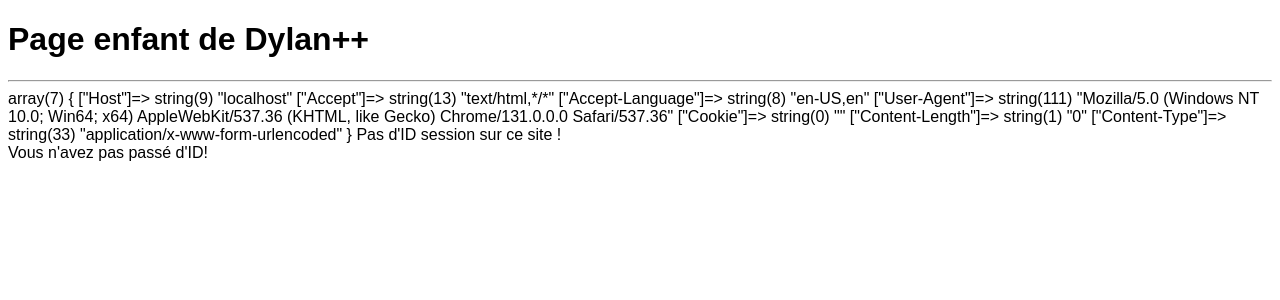
Repository: DylanCahu/cookie
Page: http://localhost/enfant.php
An editor plug-in stored every save of this project. The page is shown before and after the next save, followed by the edit.
The browser window is 1280 px wide. The pictures show the whole page.
The page is run by PHP 8.4 with error messages shown; the project is at /var/www/html/.

Above is the page before, as saved 2021-12-13 09:17:03.

### enfant.php
<!DOCTYPE html>
<html>
    <head>
        <title>Index Cookies</title>
        <meta charset="utf-8">
        <style>
body	{	font-family	:	Arial	;
		}
</style>
    </head>

    <body>
        <h1>Page enfant de Dylan++</h1>
        <hr>
        <?php

$tabhead = getallheaders();
var_dump($tabhead);

session_start();

// if (isset($_COOKIE['numClient'])) {
//     echo "<h3>Votre ID est: " . $_COOKIE['numClient'] . " </br>";
//     $id = $_COOKIE['numClient'];} else {echo "Pas d'ID, BOUUUH !</br>";
//     $id = 0;}
// if (isset($_GET['id'])) {
//     echo "<h3>Votre ID est: " . $_GET['id'] . "</br> ";
//     $id = $_GET['id'];} else {echo "Pas d'ID, BOUUUH !</br>";
//     $id = 0;}

if (isset($_SESSION['numClient'])) {
    echo "<h3>Mon ID est " . $_SESSION['numClient'] . " </br>";
    $id = $_SESSION['numClient'];} else {echo "Pas d'ID session sur ce site !</br>";
    $id = 0;}
if (isset($_GET['id'])) {
    echo "<h3>Votre ID est " . $_GET['id'] . "</br> ";
    $id = $_GET['id'];} else {echo "Vous n'avez pas passé d'ID!</br>";
    $id = 0;}

?>

    </body>
</html>

After the next save:
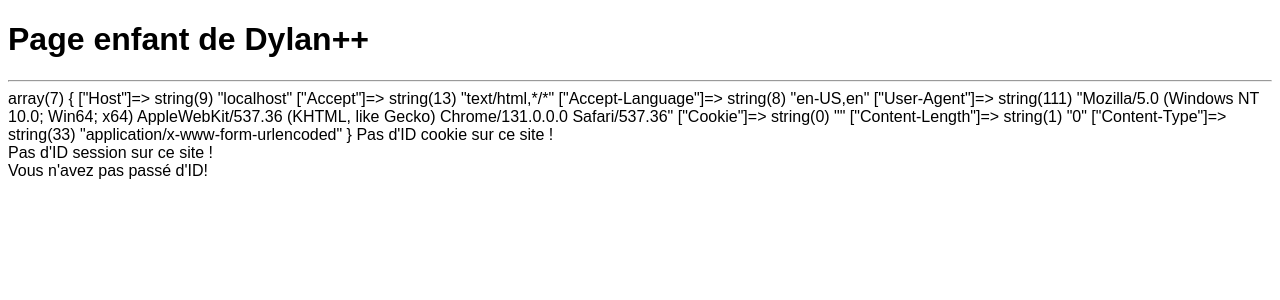
Saved 29 s later.
--- a/enfant.php
+++ b/enfant.php
@@ -19,15 +19,10 @@ var_dump($tabhead);
 
 session_start();
 
-// if (isset($_COOKIE['numClient'])) {
-//     echo "<h3>Votre ID est: " . $_COOKIE['numClient'] . " </br>";
-//     $id = $_COOKIE['numClient'];} else {echo "Pas d'ID, BOUUUH !</br>";
-//     $id = 0;}
-// if (isset($_GET['id'])) {
-//     echo "<h3>Votre ID est: " . $_GET['id'] . "</br> ";
-//     $id = $_GET['id'];} else {echo "Pas d'ID, BOUUUH !</br>";
-//     $id = 0;}
-
+if (isset($_COOKIE['numClient'])) {
+    echo "<h3>Votre ID est: " . $_COOKIE['numClient'] . " </br>";
+    $id = $_COOKIE['numClient'];} else {echo "Pas d'ID cookie sur ce site !</br>";
+    $id = 0;}
 if (isset($_SESSION['numClient'])) {
     echo "<h3>Mon ID est " . $_SESSION['numClient'] . " </br>";
     $id = $_SESSION['numClient'];} else {echo "Pas d'ID session sur ce site !</br>";
